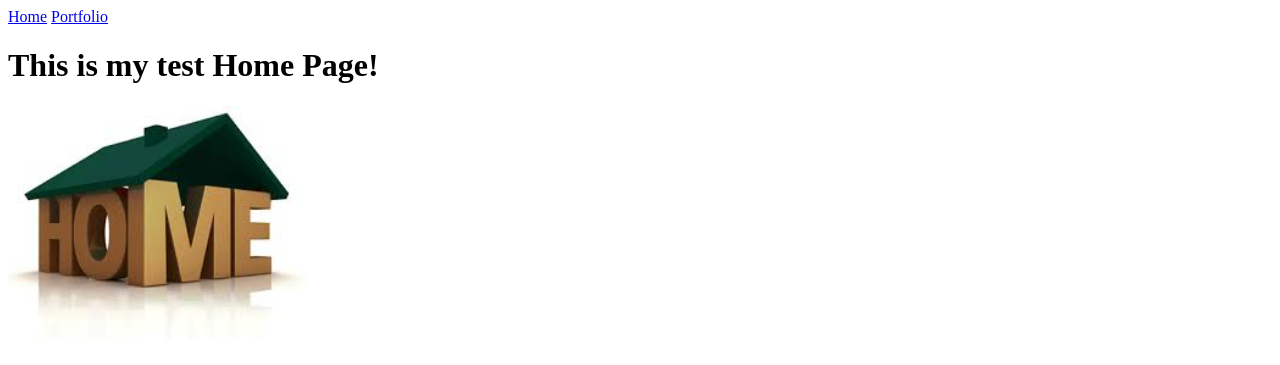
Repository: EMcmurray1862/emcmurray1862.github.io
Page: my_website/index.html
The author's editor kept a record of every edit. The page is drawn from the files as they stood at one moment, then again after the next edit.
The browser window is 1280 px wide. The pictures show the whole page.

Above is the page before.

After the next edit:
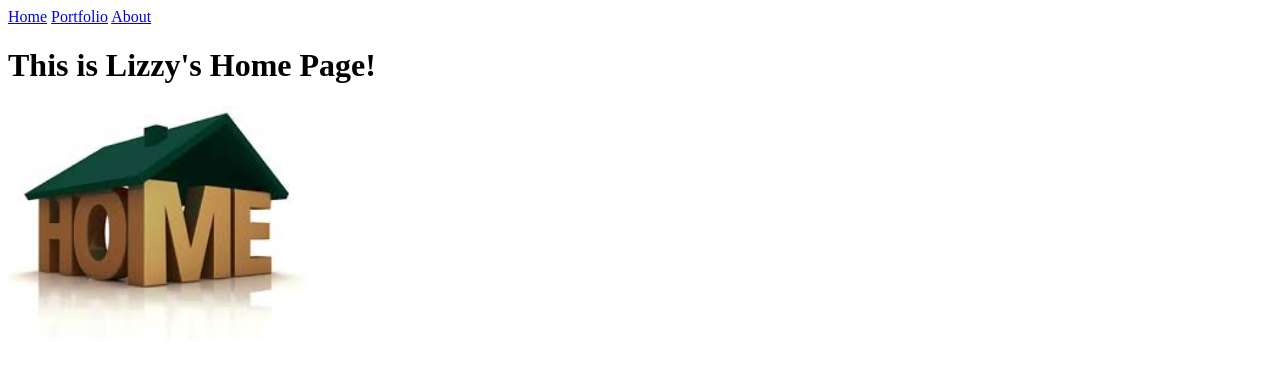
The edit:
--- a/my_website/index.html
+++ b/my_website/index.html
@@ -7,7 +7,8 @@
   <body>
     <a href="index.html">Home</a>
     <a href="portfolio.html">Portfolio</a>
-    <h1>This is my test Home Page!</h1>
+    <a href="about.html">About</a>
+    <h1>This is Lizzy's Home Page!</h1>
     <img src="images/home.jpg" height="250">
   </body>
 </html>
